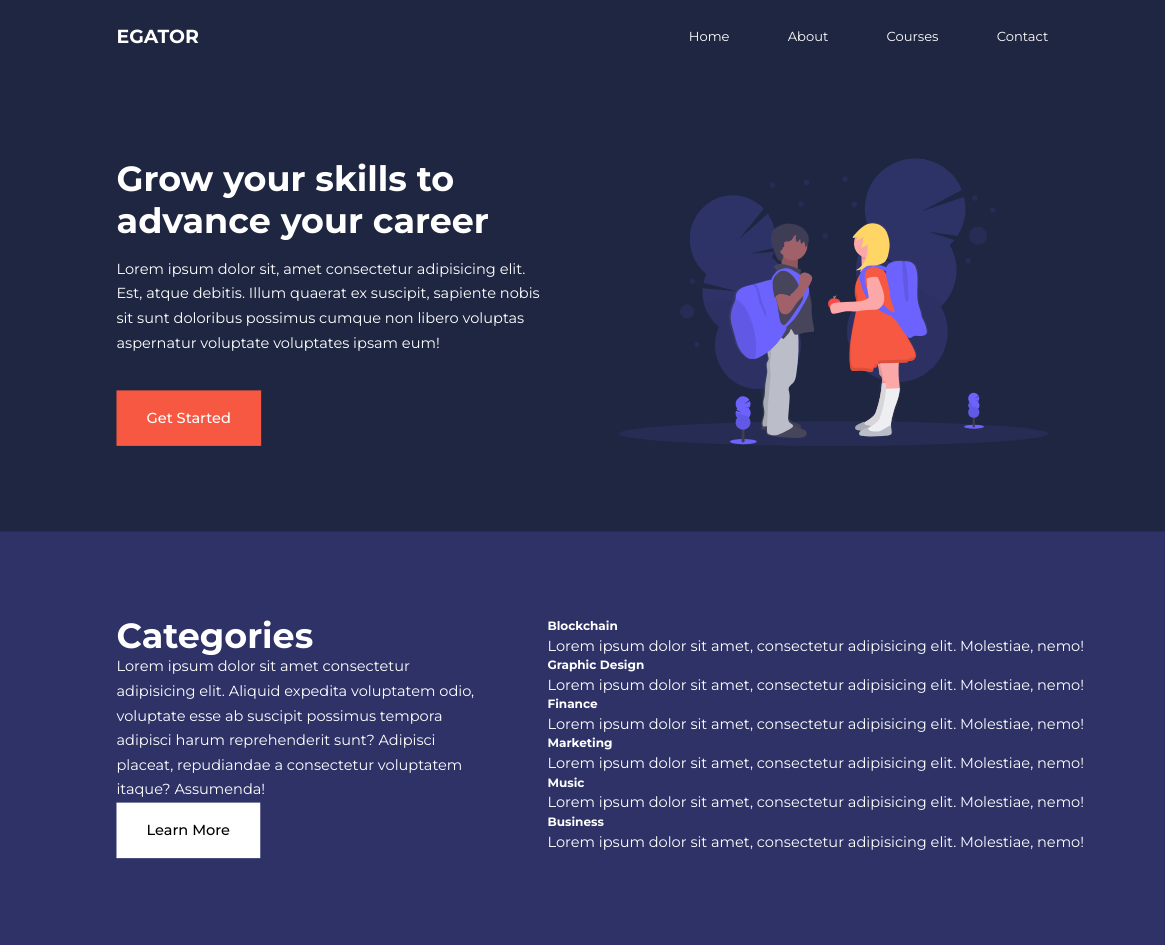
Repository: QUANGTHAI2003/education-web
Page: index.html
These files come from the project's save history. The page is drawn as it stood at one moment and after the next save; the edit follows.
The browser window is 1280 px wide. The pictures show the whole page, at 91% of full size.
Some icons come from a web library that is not loaded, so they are not drawn.

Above is the page before, as saved 2022-03-11 11:50:01.

### index.html
<!DOCTYPE html>
<html lang="en">
    <head>
        <meta charset="UTF-8" />
        <meta http-equiv="X-UA-Compatible" content="IE=edge" />
        <meta name="viewport" content="width=device-width, initial-scale=1.0" />
        <title>Responsive Multipage Education</title>
        <!-- ICONSCOUT CDN -->
        <link
            rel="stylesheet"
            href="https://unicons.iconscout.com/release/v2.1.6/css/unicons.css"
        />
        <!-- GOOGLE FONTS -->
        <link rel="preconnect" href="https://fonts.googleapis.com" />
        <link rel="preconnect" href="https://fonts.gstatic.com" crossorigin />
        <link
            href="https://fonts.googleapis.com/css2?family=Montserrat:wght@300;400;500;600;700;800;900&family=Poppins:wght@300;400;600&display=swap"
            rel="stylesheet"
        />

        <link rel="stylesheet" href="./css/style.css" />
    </head>
    <body>
        <nav>
            <div class="container nav__container">
                <a href="index.html">
                    <h4>EGATOR</h4>
                </a>
                <ul class="nav__menu">
                    <li><a href="index.html">Home</a></li>
                    <li><a href="about.html">About</a></li>
                    <li><a href="courses.html">Courses</a></li>
                    <li><a href="contact.html">Contact</a></li>
                </ul>
                <button id="open-menu-btn">
                    <i class="uil uil-bars"></i>
                </button>
                <button id="close-menu-btn">
                    <i class="uil uil-multiply"></i>
                </button>
            </div>
        </nav>
        <!-- END OF NAVBAR -->
        <header>
            <div class="container header__container">
                <div class="header__left">
                    <h1>Grow your skills to advance your career</h1>
                    <p>
                        Lorem ipsum dolor sit, amet consectetur adipisicing elit. Est, atque
                        debitis. Illum quaerat ex suscipit, sapiente nobis sit sunt doloribus
                        possimus cumque non libero voluptas aspernatur voluptate voluptates ipsam
                        eum!
                    </p>
                    <a href="courses.html" class="btn btn-primary">Get Started</a>
                </div>
                <div class="header__right">
                    <div class="header__right-image">
                        <img src="./images/header.svg" />
                    </div>
                </div>
            </div>
        </header>
        <!-- END OF HEADER -->
        <section class="categories">
            <div class="container categories__container">
                <div class="categories__left">
                    <h1>Categories</h1>
                    <p>
                        Lorem ipsum dolor sit amet consectetur adipisicing elit. Aliquid expedita
                        voluptatem odio, voluptate esse ab suscipit possimus tempora adipisci harum
                        reprehenderit sunt? Adipisci placeat, repudiandae a consectetur voluptatem
                        itaque? Assumenda!
                    </p>
                    <a href="#" class="btn">Learn More</a>
                </div>
                <div class="categories__right">
                    <article class="category">
                        <span class="category__icon">
                            <i class="uil uil-bitcoin-circle"></i>
                        </span>
                        <h5>Blockchain</h5>
                        <p>
                            Lorem ipsum dolor sit amet, consectetur adipisicing elit. Molestiae,
                            nemo!
                        </p>
                    </article>
                    <article class="category">
                        <span class="category__icon">
                            <i class="uil uil-palette"></i>
                        </span>
                        <h5>Graphic Design</h5>
                        <p>
                            Lorem ipsum dolor sit amet, consectetur adipisicing elit. Molestiae,
                            nemo!
                        </p>
                    </article>
                    <article class="category">
                        <span class="category__icon">
                            <i class="uil uil-usd-circle"></i>
                        </span>
                        <h5>Finance</h5>
                        <p>
                            Lorem ipsum dolor sit amet, consectetur adipisicing elit. Molestiae,
                            nemo!
                        </p>
                    </article>
                    <article class="category">
                        <span class="category__icon">
                            <i class="uil uil-megaphone"></i>
                        </span>
                        <h5>Marketing</h5>
                        <p>
                            Lorem ipsum dolor sit amet, consectetur adipisicing elit. Molestiae,
                            nemo!
                        </p>
                    </article>
                    <article class="category">
                        <span class="category__icon">
                            <i class="uil uil-music"></i>
                        </span>
                        <h5>Music</h5>
                        <p>
                            Lorem ipsum dolor sit amet, consectetur adipisicing elit. Molestiae,
                            nemo!
                        </p>
                    </article>
                    <article class="category">
                        <span class="category__icon">
                            <i class="uil uil-puzzle-piece"></i>
                        </span>
                        <h5>Business</h5>
                        <p>
                            Lorem ipsum dolor sit amet, consectetur adipisicing elit. Molestiae,
                            nemo!
                        </p>
                    </article>
                </div>
            </div>
        </section>
    </body>
</html>

### css/style.css
* {
    margin: 0;
    padding: 0;
    border: 0;
    outline: 0;
    text-decoration: none;
    list-style: none;
    box-sizing: border-box;
}

:root {
    --color-primary: #6c63ff;
    --color-success: #00bf8e;
    --color-warning: #f7c94b;
    --color-danger: #f75842;
    --color-danger-variant: rgba(247, 88, 66, 0.4);
    --color-white: #fff;
    --color-light: rgba(255, 255, 255, 0.7);
    --color-black: #000;
    --color-bg: #1f2641;
    --color-bg1: #2e3267;
    --color-bg2: #424890;

    --container-width-lg: 80%;
    --container-width-md: 90%;
    --container-width-sm: 94%;

    --transition: all 400ms ease;
}

body {
    font-family: 'Montserrat', sans-serif;
    line-height: 1.7;
    color: var(--color-white);
    background: var(--color-bg);
}

.container {
    width: var(--container-width-lg);
    margin: 0 auto;
}

section {
    padding: 6rem 0;
}

section h2 {
    text-align: center;
    margin-bottom: 4rem;
}

h1,
h2,
h3,
h4,
h5 {
    line-height: 1.2;
}

h1 {
    font-size: 2.4rem;
}

h2 {
    font-size: 2rem;
}

h3 {
    font-size: 1.3rem;
}

h4 {
    font-size: 1.3rem;
}

a {
    color: var(--color-white);
}

img {
    width: 100%;
    display: block;
    object-fit: cover;
}

.btn {
    display: inline-block;
    background: var(--color-white);
    color: var(--color-black);
    padding: 1rem 2rem;
    border: 1px solid transparent;
    font-weight: 500;
    transition: var(--transition);
}

.btn:hover {
    background: transparent;
    color: var(--color-white);
    border-color: var(--color-white);
}

.btn-primary {
    background: var(--color-danger);
    color: var(--color-white);
}

/* ================= NAVBAR =================*/
nav {
    background: transparent;
    width: 100vw;
    height: 5rem;
    position: fixed;
    top: 0;
    z-index: 11;
}

.nav__container {
    height: 100%;
    display: flex;
    justify-content: space-between;
    align-items: center;
}

nav button {
    display: none;
}

.nav__menu {
    display: flex;
    align-items: center;
    gap: 4rem;
}

.nav__menu a {
    font-size: 0.9rem;
    transition: var(--transition);
}

.nav__menu a:hover {
    color: var(--color-bg2);
}

/* ================= HEADER =================*/
header {
    position: relative;
    top: 5rem;
    overflow: hidden;
    height: 70vh;
    margin-bottom: 5rem;
}

.header__container {
    display: grid;
    grid-template-columns: repeat(2, 1fr);
    align-items: center;
    gap: 5rem;
    height: 100%;
}

.header__left p {
    margin: 1rem 0 2.4rem;
}

/* ================= CATEGORIES =================*/
.categories {
    background: var(--color-bg1);
}

.categories h1 {
    line-height: 1;
}

.categories__container {
    display: grid;
    grid-template-columns: 40% 60%;
    gap: 4rem;
}

After the next save:
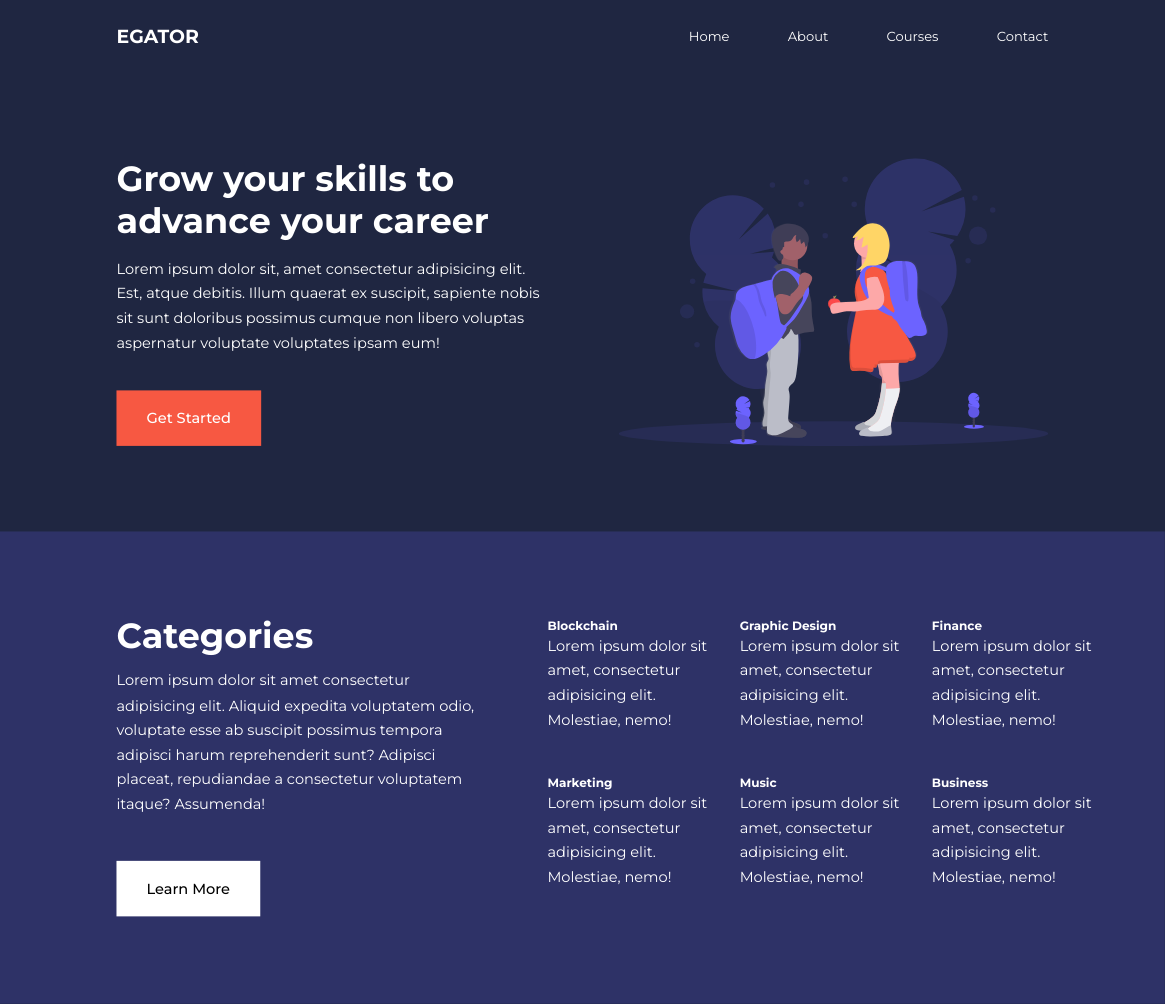
Saved 92 s later.
--- a/css/style.css
+++ b/css/style.css
@@ -175,3 +175,13 @@ header {
     grid-template-columns: 40% 60%;
     gap: 4rem;
 }
+
+.categories__left p {
+    margin: 1rem 0 3rem;
+}
+
+.categories__right {
+    display: grid;
+    grid-template-columns: repeat(3, 1fr);
+    gap: 1.2rem;
+}
